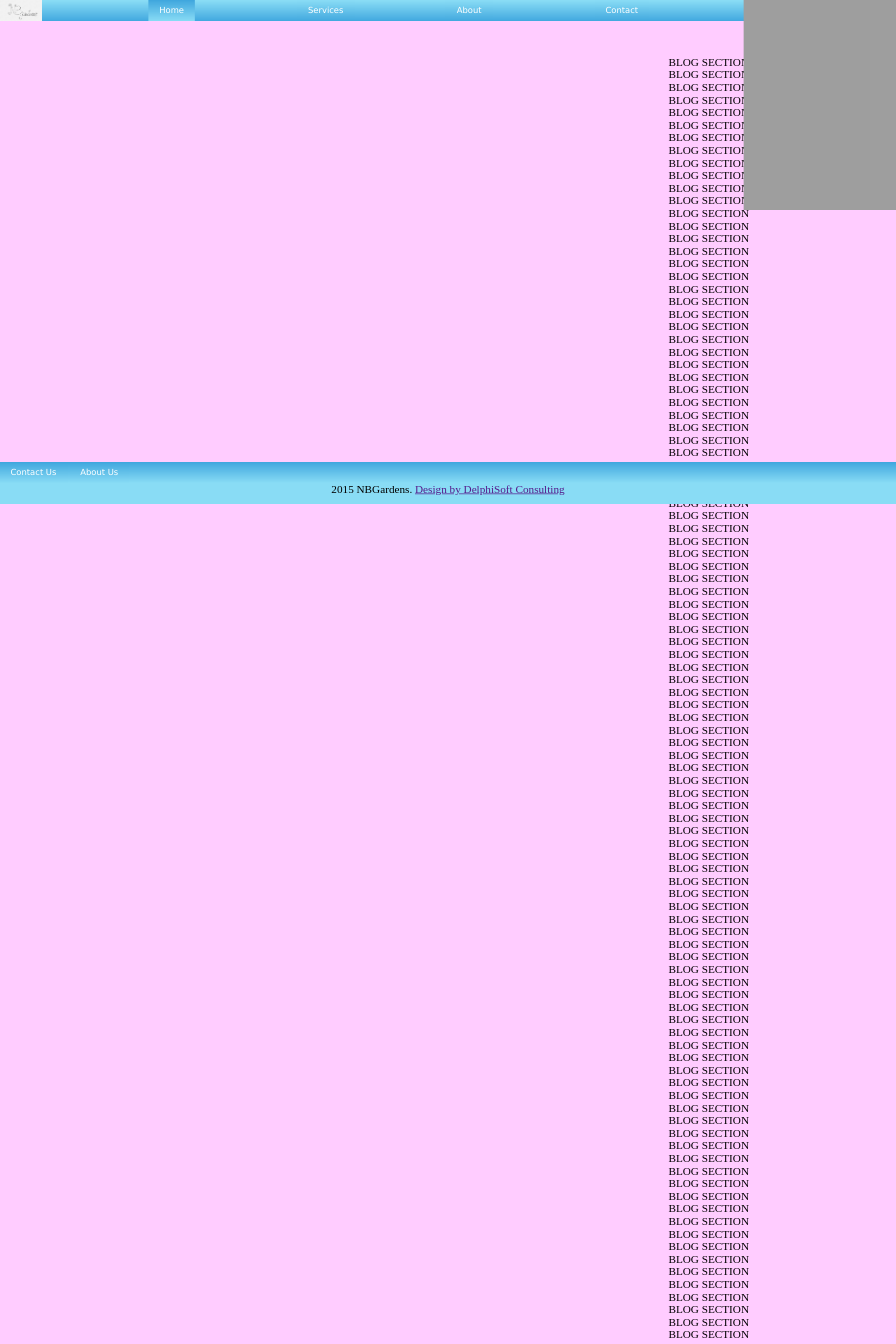
Repository: GAndrews13/BlueGardens
Page: BlueGardensEESystem/src/main/webapp/templates/template.html
An editor plug-in stored every save of this project. The page is shown before and after the next save, followed by the edit.
The browser window is 1280 px wide. The pictures show the part of the page from y = 0 to 1920 px (the page is 2852 px tall), at 70% of full size.
Pictures or frames that could not be fetched are drawn as grey boxes.

Above is the page before, as saved 2015-07-21 14:14:07.

After the next save:
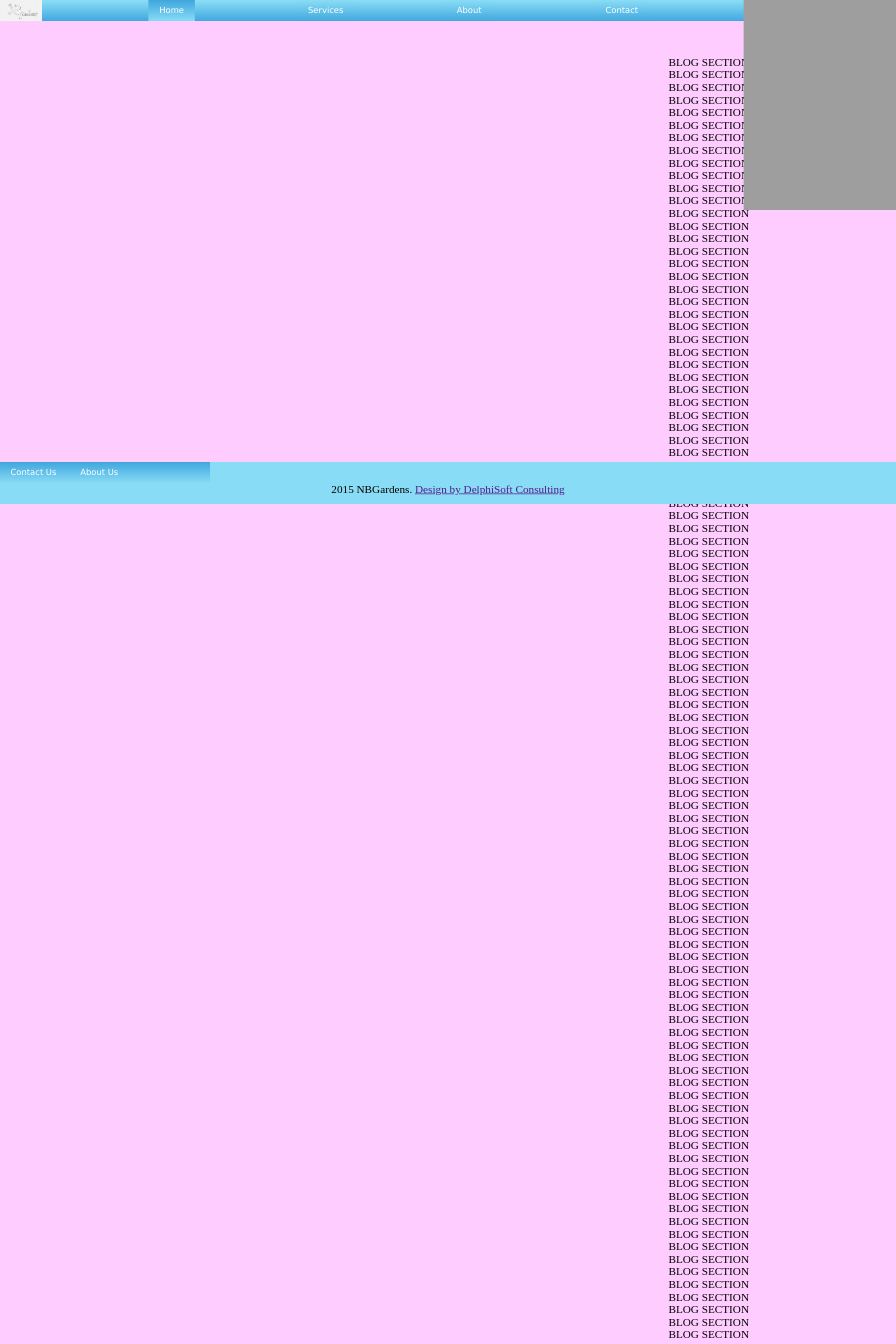
Saved 7 s later.
--- a/BlueGardensEESystem/src/main/webapp/style.css
+++ b/BlueGardensEESystem/src/main/webapp/style.css
@@ -1,4 +1,4 @@
-
+<!--
 /* Generated via www.cssmenubuilder.com */
 
 .menu{margin:0 auto; padding:0; height:30px; width:100%; display:block; background:url('topMenuImages.png') repeat-x;}
@@ -12,7 +12,7 @@
 
 /* Generated via www.cssmenubuilder.com */
 
-.bottommenu{margin-bottom:875px auto; padding:0; height:30px; width:100%; display:block; background:url('bottomMenuImages.png') repeat-x; magin:0 auto; width:100%;}
+.bottommenu{margin-bottom:875px auto; padding:0; height:30px; width:100%; display:block; background:url('bottomMenuImages.png') repeat-x; magin:0 auto; width:300px;}
 .bottommenu li{padding:0; margin:0; list-style:none; display:inline-block;}
 .bottommenu li a{float:left; padding-left:15px; display:inline-block; color:rgb(255,255,255); text-decoration:none; font:12px Verdana, Arial, Helvetica, sans-serif; cursor:pointer; background:url('bottomMenuImages.png') 0px -30px no-repeat;}
 .bottommenu li a span{line-height:30px; float:left; display:block; padding-right:15px; background:url('bottomMenuImages.png') 100% -30px no-repeat;}
